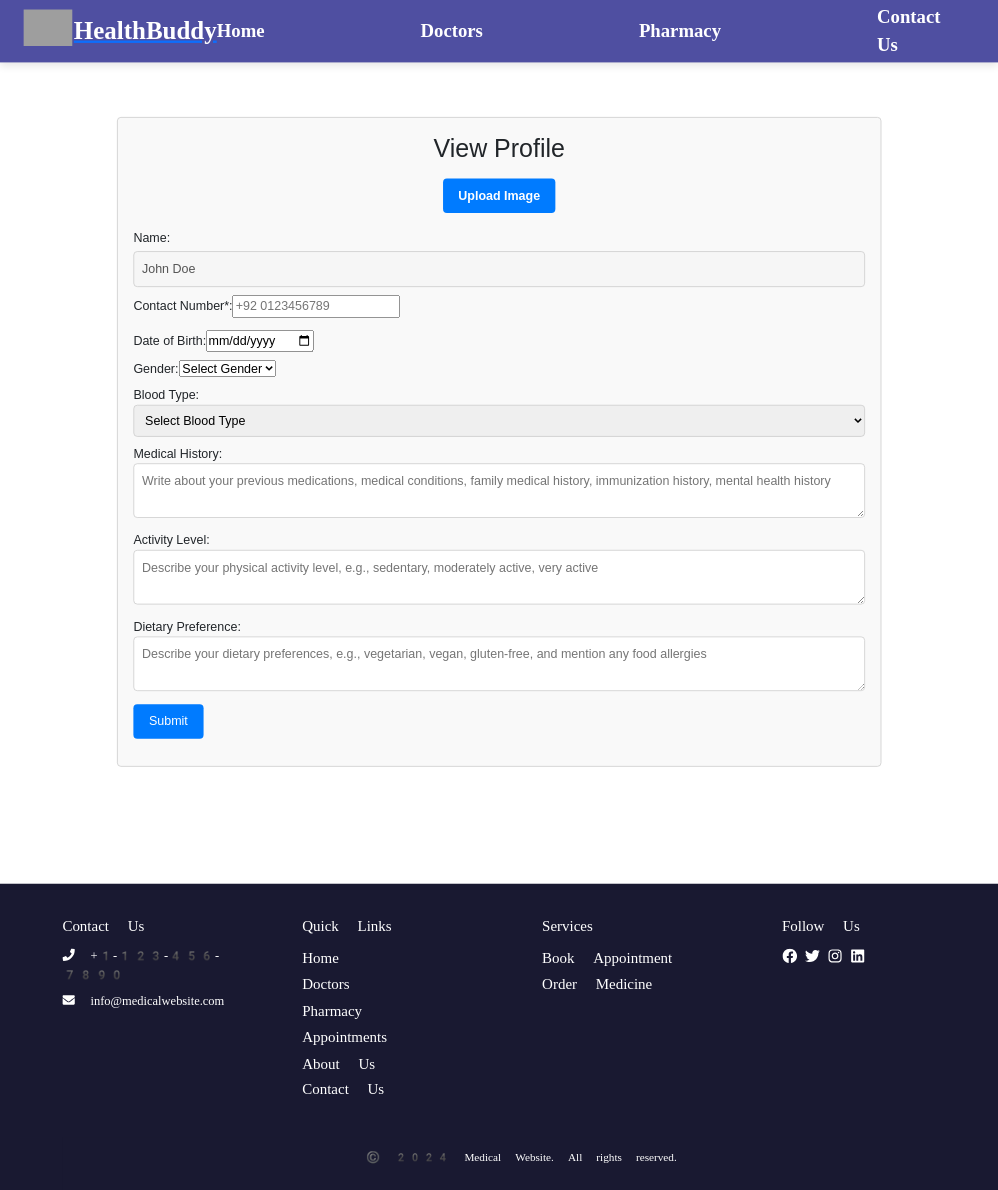
Repository: WajihaGul/MedicalApp-Frontend
Page: /view-patient-profile
These files come from the project's save history. The page is drawn as it stood at one moment and after the next save; the edit follows.
The browser window is 1280 px wide. The pictures show the whole page, at 78% of full size.
Pictures or frames that could not be fetched are drawn as grey boxes. The project was rebuilt for these pictures with package versions that can differ from the ones it lists, and the page was loaded fresh each time. Also part of the build but not shown: vite.config.js, src/index.css, src/App.css, src/Components/Accomplishments/Accomplishments.module.css, src/Components/Accomplishments/Accomplishments.jsx, src/Components/Experience/Experience.module.css, src/Components/Experience/Experience.jsx, src/Components/LandingPage/LandingPage.module.css and 47 more.

Above is the page before, as saved 2024-06-09 16:08:09.

### public/index.html
<!DOCTYPE html>
<html lang="en">
  <head>
    <meta charset="utf-8" />
    <link rel="icon" href="%PUBLIC_URL%/favicon.ico" />
    <meta name="viewport" content="width=device-width, initial-scale=1" />
    <meta name="theme-color" content="#000000" />
    <meta
      name="description"
      content="Web site created using create-react-app"
    />
    <link rel="apple-touch-icon" href="%PUBLIC_URL%/logo192.png" />

    <link rel="manifest" href="%PUBLIC_URL%/manifest.json" />

    <title>Health Buddy</title>

    <!-- Bootstrap CSS -->

    <link href="https://cdn.jsdelivr.net/npm/bootstrap@5.3.3/dist/css/bootstrap.min.css" rel="stylesheet">
  </head>
  <body>
    <noscript>You need to enable JavaScript to run this app.</noscript>
    <div id="root"></div>

  </body>
</html>

### src/Components/Layout/Layout.jsx
import React from "react";
import Navbar from "../NavigationBar/Navbar";
import Footer from "../Footer/Footer";

const Layout = ({ children }) => {
  return (
    <div>
      <Navbar />
      <main>{children}</main>
      <Footer />
    </div>
  );
};

export default Layout;

### src/Pages/ViewPatientProfile.jsx
import PatientProfile from "../Components/PatientProfile/PatientProfile";

const ViewPatientProfile = () => {
  return <PatientProfile />;
};
export default ViewPatientProfile;

### src/Components/NavigationBar/Navbar.jsx
import styles from "./Navbar.module.css";
import { useAuth0 } from "@auth0/auth0-react";
import { Link } from "react-router-dom";
import React, { useState, useEffect } from "react";
import { Modal, Button, Form } from "react-bootstrap";

const Navbar = () => {
  const { loginWithRedirect, isAuthenticated, logout } = useAuth0();
  const [isLoggedIn, setIsLoggedIn] = useState(false);
  const [showLoginModal, setShowLoginModal] = useState(false);
  const [showRegisterModal, setShowRegisterModal] = useState(false);
  const [email, setEmail] = useState("");
  const [password, setPassword] = useState("");
  const [confirmPassword, setConfirmPassword] = useState("");
  const [role, setRole] = useState("");

  const [storedEmail, setStoredEmail] = useState(
    localStorage.getItem("email") || ""
  );
  const [storedPassword, setStoredPassword] = useState(
    localStorage.getItem("password") || ""
  );

  useEffect(() => {
    if (storedEmail && storedPassword) {
      setIsLoggedIn(true);
    }
  }, [storedEmail, storedPassword]);

  const handleLogin = () => {
    setShowLoginModal(true);
  };

  const handleLogout = () => {
    setIsLoggedIn(false);
    localStorage.removeItem("email");
    localStorage.removeItem("password");
  };

  const handleLoginSubmit = () => {
    const hashedPassword = btoa(password); // Basic encoding, use a proper hashing method in production
    localStorage.setItem("email", email);
    localStorage.setItem("password", hashedPassword);
    setStoredEmail(email);
    setStoredPassword(hashedPassword);
    setIsLoggedIn(true);
    setShowLoginModal(false);
  };

  const handleRegisterSubmit = () => {
    const emailRegex = /^[^\s@]+@[^\s@]+\.[^\s@]+$/;
    if (!emailRegex.test(email)) {
      alert("Please enter a valid email address");
      return;
    }
    if (!role) {
      alert("Please select your role");
      return;
    }
    if (password !== confirmPassword) {
      alert("Passwords do not match");
      return;
    }

    if (password === confirmPassword) {
      const hashedPassword = btoa(password); // Basic encoding, use a proper hashing method in production
      localStorage.setItem("email", email);
      localStorage.setItem("password", hashedPassword);
      localStorage.setItem("role", role);
      setStoredEmail(email);
      setStoredPassword(hashedPassword);
      setIsLoggedIn(true);
      setShowRegisterModal(false);
      localStorage.setItem("email", email);
      localStorage.setItem("password", hashedPassword);
      localStorage.setItem("role", role);
      setStoredEmail(email);
      setStoredPassword(hashedPassword);
      setIsLoggedIn(true);
      setShowRegisterModal(false);
    } else {
      alert("Passwords do not match");
    }
  };

  return (
    <>
      <nav className={styles.container}>
        <div className={styles.logo}>
          <img
            className={styles.nav_img}
            src="https://cdn.icon-icons.com/icons2/1465/PNG/512/588hospital_100778.png"
            alt="logo"
          />
          <Link to="/" className={styles.nav_head_link}>
            <h1 className={styles.nav_head}>HealthBuddy</h1>
          </Link>
        </div>
        <div className={styles.navLinks}>
          <div className={styles.allnav}>
            <Link className={styles.navLinksColor} to="/">
              Home
            </Link>
            <Link className={styles.navLinksColor} to="/doctors">
              Doctors
            </Link>
            <Link className={styles.navLinksColor} to="/search-medicine">
              Pharmacy
            </Link>
            <Link className={styles.navLinksColor} to="/contact">
              Contact Us
            </Link>
          </div>
          <div id="navbarNav">
            <ul className="navbar-nav ml-auto">
              {isLoggedIn || isAuthenticated ? (
                <li>
                  <button
                    className={styles.customButton}
                    onClick={() => {
                      handleLogout();
                      logout({ returnTo: window.location.origin });
                    }}
                  >
                    Log Out
                  </button>
                </li>
              ) : (
                <>
                  <li>
                    <button
                      className={styles.customButton}
                      onClick={handleLogin}
                    >
                      Log In
                    </button>
                  </li>
                  <li>
                    <button className={styles.customButton}>
                      View Profile
                    </button>
                  </li>
                </>
              )}
            </ul>
          </div>
        </div>
      </nav>

      {/* Login Modal */}
      <Modal
        show={showLoginModal}
        onHide={() => setShowLoginModal(false)}
        dialogClassName="modal-dialog-centered"
        contentClassName="custom-modal-content"
      >
        <Modal.Header closeButton>
          <Modal.Title>Login</Modal.Title>
        </Modal.Header>
        <Modal.Body>
          <Form>
            <Form.Group>
              <Form.Label>Email</Form.Label>
              <Form.Control
                type="email"
                placeholder="Enter email"
                value={email}
                onChange={(e) => setEmail(e.target.value)}
              />
            </Form.Group>
            <Form.Group>
              <Form.Label>Password</Form.Label>
              <Form.Control
                type="password"
                placeholder="Password"
                value={password}
                onChange={(e) => setPassword(e.target.value)}
              />
            </Form.Group>
            <Button
              style={{ margin: "8px" }}
              variant="primary"
              onClick={handleLoginSubmit}
            >
              Login
            </Button>
            <Button
              variant="primary"
              onClick={() => loginWithRedirect()}
              style={{ margin: "8px" }}
            >
              Login With Google
            </Button>
            <h2 style={{ fontSize: "larger", paddingLeft: "8px" }}>
              Are you new here?
              <span
                style={{ color: "blue", cursor: "pointer" }}
                onClick={() => {
                  setShowLoginModal(false);
                  setShowRegisterModal(true);
                }}
              >
                {" "}
                Register Yourself Now
              </span>
            </h2>
          </Form>
        </Modal.Body>
      </Modal>

      {/* Registration Modal */}
      <Modal
        show={showRegisterModal}
        onHide={() => setShowRegisterModal(false)}
        dialogClassName="modal-dialog-centered"
        contentClassName="custom-modal-content"
      >
        <Modal.Header closeButton>
          <Modal.Title>Register</Modal.Title>
        </Modal.Header>
        <Modal.Body>
          <Form>
            <Form.Group>
              <Form.Label>Email</Form.Label>
              <Form.Control
                type="email"
                placeholder="Enter email"
                value={email}
                onChange={(e) => setEmail(e.target.value)}
              />
            </Form.Group>
            <br />
            <Form.Group>
              <Form.Label>Password</Form.Label>
              <Form.Control
                type="password"
                placeholder="Password"
                value={password}
                onChange={(e) => setPassword(e.target.value)}
              />
              <br />
            </Form.Group>
            <Form.Group>
              <Form.Label>Confirm Password</Form.Label>
              <Form.Control
                type="password"
                placeholder="Confirm Password"
                value={confirmPassword}
                onChange={(e) => setConfirmPassword(e.target.value)}
              />
            </Form.Group>
            <Form.Group>
              <br />
              <Form.Label>What are you?</Form.Label>
              <Form.Check
                type="radio"
                label="Doctor"
                name="role"
                value="Doctor"
                onChange={(e) => setRole(e.target.value)}
              />
              <Form.Check
                type="radio"
                label="Patient"
                name="role"
                value="Patient"
                onChange={(e) => setRole(e.target.value)}
              />
              <Form.Check
                type="radio"
                label="Pharmacy"
                name="role"
                value="Pharmacy"
                onChange={(e) => setRole(e.target.value)}
              />
            </Form.Group>
            <br />

            <Button
              style={{ margin: "8px" }}
              variant="primary"
              onClick={handleRegisterSubmit}
            >
              Register
            </Button>
          </Form>
        </Modal.Body>
      </Modal>
    </>
  );
};

export default Navbar;

### src/Components/Footer/Footer.jsx
import React from "react";
import styles from "./Footer.module.css";
import {
  FaPhone,
  FaEnvelope,
  FaFacebook,
  FaTwitter,
  FaInstagram,
  FaLinkedin,
} from "react-icons/fa";

const Footer = () => {
  return (
    <>
      <footer className={styles.footer}>
        <div className={styles.container}>
          <div className={styles.footer_grid}>
            <div className={styles.footer_item}>
              <h3>Contact Us</h3>
              <p>
                <FaPhone /> +1-123-456-7890
              </p>
              <p>
                <FaEnvelope /> info@medicalwebsite.com
              </p>
            </div>
            <div className={styles.footer_item}>
              <h3>Quick Links</h3>
              <ul>
                <li>
                  <a href="#home">Home</a>
                </li>
                <li>
                  <a href="#doctors">Doctors</a>
                </li>
                <li>
                  <a href="#pharmacy">Pharmacy</a>
                </li>
                <li>
                  <a href="#appointments">Appointments</a>
                </li>
                <li>
                  <a href="#about">About Us</a>
                </li>
                <li>
                  <a href="#contact">Contact Us</a>
                </li>
              </ul>
            </div>
            <div className={styles.footer_item}>
              <h3>Services</h3>
              <ul>
                <li>
                  <a href="#appointment">Book Appointment</a>
                </li>
                <li>
                  <a href="#pharmacy-order">Order Medicine</a>
                </li>
              </ul>
            </div>
            <div className={styles.footer_item}>
              <h3>Follow Us</h3>
              <ul className={styles.social_icons}>
                <li>
                  <a href="https://facebook.com">
                    <FaFacebook />
                  </a>
                </li>
                <li>
                  <a href="https://twitter.com">
                    <FaTwitter />
                  </a>
                </li>
                <li>
                  <a href="https://instagram.com">
                    <FaInstagram />
                  </a>
                </li>
                <li>
                  <a href="https://linkedin.com">
                    <FaLinkedin />
                  </a>
                </li>
              </ul>
            </div>
          </div>
        </div>
        <div className={styles.footer_bottom}>
          <div className={styles.container}>
            <p>
              &copy; {new Date().getFullYear()} Medical Website. All rights
              reserved.
            </p>
          </div>
        </div>
      </footer>
    </>
  );
};

export default Footer;

### src/Components/NavigationBar/Navbar.module.css
nav {
  position: fixed;
  top: 0;
  left: 0;
  width: 100%;
  display: flex;
  justify-content: space-between;
  align-items: center;
  height: 80px;
  padding: 0 30px;
  background-color: #4f4fa1;
  box-shadow: 0px 4px 10px rgba(0, 0, 0, 0.1);
  z-index: 10;
}

.allnav {
display: flex;
align-items: center;
gap: 200px;
margin-right: 190px;
}

.navLinks {
display: flex;
gap: 53px;
list-style-type: none;
margin: 0;
padding: 0;
font-size: x-large;
box-sizing: border-box;
font-family: cursive;
font-weight: 800;
text-decoration: none !important;
}
.navLinksColor {
color: white;
}
.navLinks a{
text-decoration: none !important;
}
.navbar-item {
position: relative;
}


.navbar-item a {
text-decoration: none !important;
color: #fff;
font-weight: bold;
padding: 15px 20px;
border-radius: 10px;
transition: background-color 0.3s ease;
}


.navbar-item a:hover {
background-color: rgba(255, 255, 255, 0.2); /* Semi-transparent background on hover */
}

.customButton {
background-color: #f0f1ff;
  border: none;
  font-family: cursive;
  color: #2259b1;
  padding: 0px 32px;
  text-align: center;
  text-decoration: none;
  display: inline-block;
  margin: 4px 2px;
  cursor: pointer;
  border-radius: 4px;
  transition-duration: 0.4s;
  font-size: x-large;
  height: 54px;
  font-weight: 700;
}

.btn-primary.btn-lg:hover {
transform: scale(1.05); /* Scale button on hover */
}
.loginButton {
  margin-right: 10px; /* Adjust spacing between buttons */
}

.viewProfileButton {
  /* Add any additional styles for the view profile button */
}


.logo {
display: flex;
align-items: center;
}

.nav_img {
height: 47px;
margin-right: 20px;
margin-top: -9px;
margin-right: 14px;
}

.nav_head {
font-size: 2.5rem;
margin-left: -12px;
color:#ffffff;
font-family: cursive;
margin-bottom: 1px;
font-weight: 800;
font-size: xx-large;
}
/* Navbar.module.css */
.custom-modal-content {
height: 500px; /* Increase the height as needed */
}

/* Center the modal vertically */
.modal-dialog-centered {
display: flex;
align-items: center;
min-height: calc(100% - 1rem);
}

### src/Components/Footer/Footer.module.css
.footer {
  background-color: #191931;
    padding-top: 43px;
    padding-left: 25px;
    font-family: emoji;
    color: white;
    display: flex;
    flex-direction: column;
    justify-content: space-between;
    height: 100%;
    padding-left: 80px;
    font-size: larger;
}

.footer .container {
  justify-content: space-between;
  color: white;
}

.footer_grid {
  color: white;
  display: grid;
  grid-template-columns: repeat(4, 1fr);
  grid-gap: 30px;
}

.footer_item {
  color: white;
  margin-bottom: 30px;
}

.footer_item h3 {
  color: white;
  font-size: 1.2rem;
  margin-bottom: 15px;
  color: white;
}

.footer_item p {
  color: white;
  font-size: 1rem;
  margin-bottom: 10px;
}

.footer_item ul {
  color: white;
  list-style-type: none;
  padding: 0;
}

.footer_item ul li {
  margin-bottom: 5px;
  color: white;
}

.footer_item ul li a {
  color: #333;
  text-decoration: none;
  color: white;
}

.footer_item ul li a:hover {
  color: #007bff;
}

.social_icons {
  display: flex;
  padding: 0;
  color: white;
}

.social_icons li {
  margin-right: 10px;
  color: white;
}

.social_icons li:last-child {
  margin-right: 0;
  color: white;
}

.social_icons a {
  color: white;
  font-size: 1.2rem;
  text-decoration: none;
}

.social_icons a:hover {
  color: #007bff;
}

.footer_bottom {
  background-color:  #191931;
  padding: 15px 0;
  color: white;
  text-align: center;
}

.footer_bottom p {
  margin-left: -23px;
  font-size: 0.9rem;
  color: white;
}

### src/Components/PatientProfile/PatientProfile.module.css
/* PatientProfile.module.css */
.view_profile_container {
  margin: 150px;
  background-color: #f9f9f9;
  border: 1px solid #ccc;
  border-radius: 5px;
  font-family: Arial, sans-serif;
  padding: 20px;
}

.view_profile_container h2 {
  text-align: center;
  margin-bottom: 20px;
}

.profile_image_container {
  text-align: center;
  margin-bottom: 20px;
}

.upload_label {
  display: inline-block;
  cursor: pointer;
  padding: 10px 20px;
  background-color: #007bff;
  color: #fff;
  border-radius: 5px;
}

.upload_input {
  display: none;
}

.upload_text {
  font-weight: bold;
}

.form_group {
  margin-bottom: 15px;
}

.form_row {
  margin-bottom: 10px;
}

.profileLabel {
  display: block;
  margin-bottom: 5px;
}

.input_field,
.select_field,
.textarea_field {
  width: 100%;
  padding: 10px;
  border: 1px solid #ccc;
  border-radius: 5px;
  font-size: 16px;
}

.checkbox_label {
  margin-left: 5px;
}

.submit_btn {
  background-color: #007bff;
  color: #fff;
  padding: 10px 20px;
  border: none;
  border-radius: 5px;
  font-size: 16px;
  cursor: pointer;
}

.submit_btn:hover {
  background-color: #0056b3;
}

.input_field,
.select_field,
.textarea_field {
  width: 100%;
  padding: 10px;
  border: 1px solid #ccc;
  border-radius: 5px;
  font-size: 16px;
}

Loaded but not shown: src/App.js (71 lines, source omitted); src/index.js (19 lines, source omitted); src/Components/PatientProfile/PatientProfile.jsx (342 lines, source omitted)

After the next save:
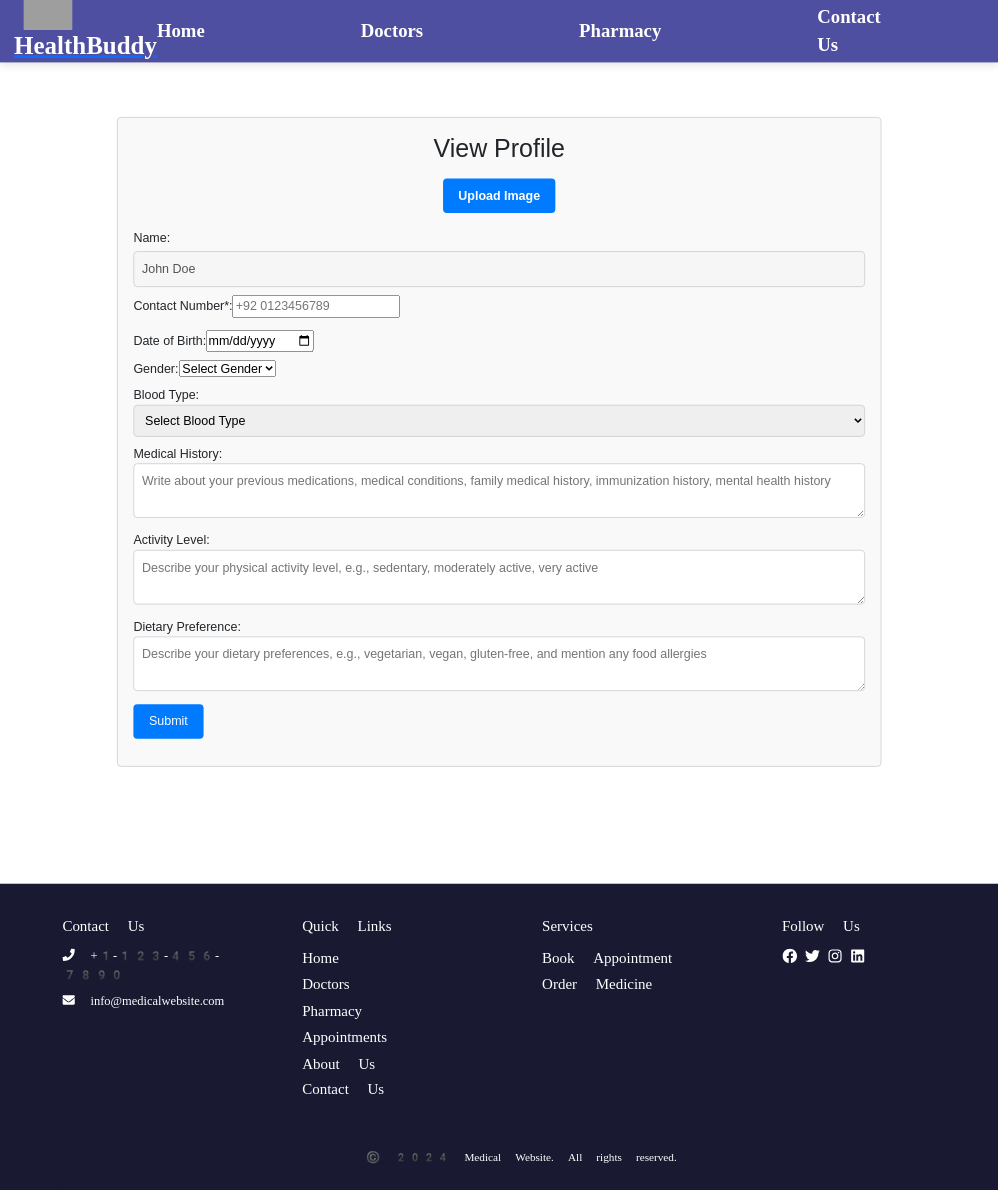
Saved 6 s later.
--- a/src/Components/NavigationBar/Navbar.module.css
+++ b/src/Components/NavigationBar/Navbar.module.css
@@ -82,9 +82,9 @@
   margin-right: 10px; /* Adjust spacing between buttons */
 }
 
-.viewProfileButton {
+/* .viewProfileButton {
   /* Add any additional styles for the view profile button */
-}
+} */
 
 
 .logo {

After the 2 saves that followed:
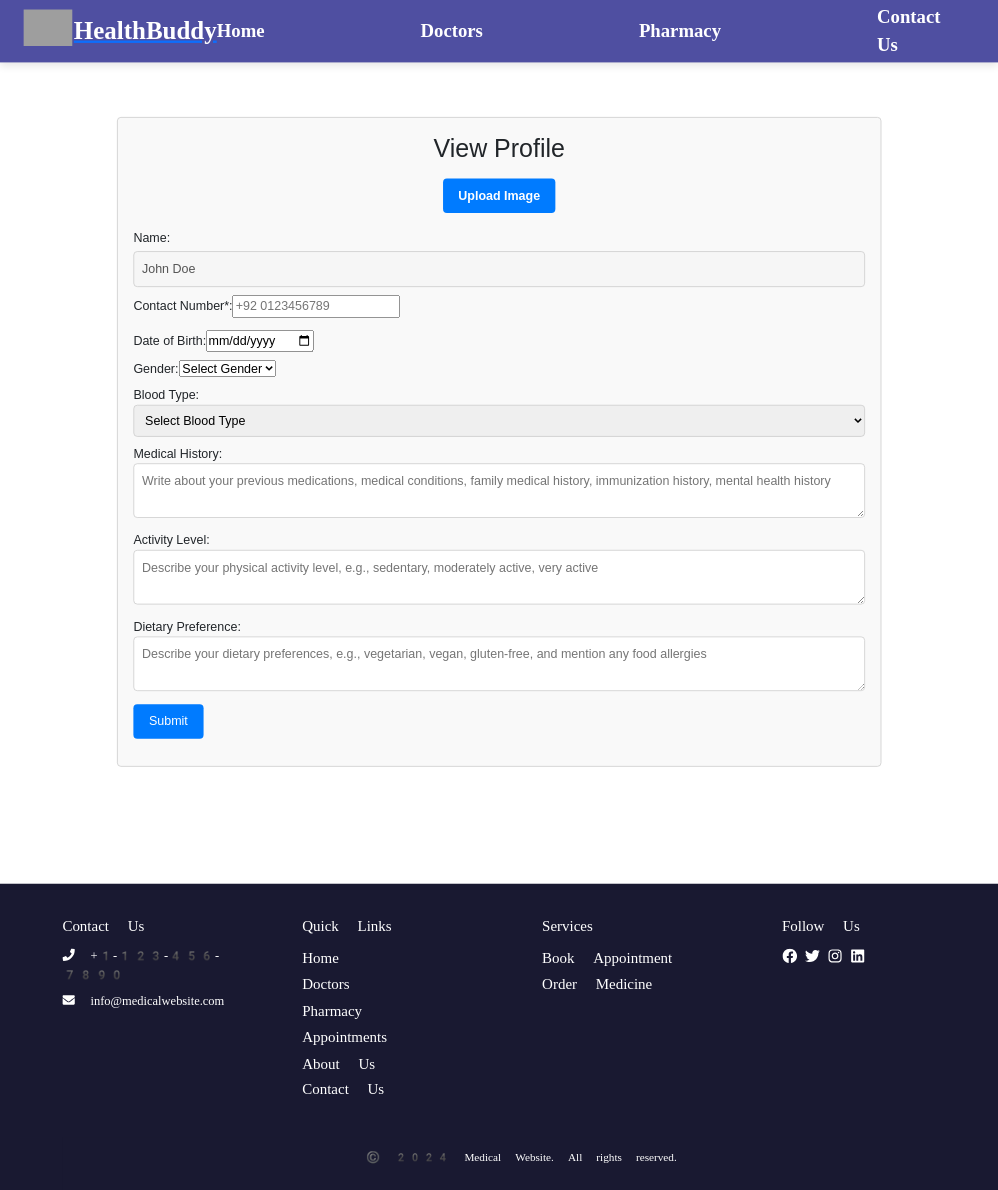
The 2 saves are shown as one change because 1 left the picture as it was.
The last was saved 53 s later.
--- a/src/Components/NavigationBar/Navbar.module.css
+++ b/src/Components/NavigationBar/Navbar.module.css
@@ -82,11 +82,6 @@
   margin-right: 10px; /* Adjust spacing between buttons */
 }
 
-/* .viewProfileButton {
-  /* Add any additional styles for the view profile button */
-} */
-
-
 .logo {
 display: flex;
 align-items: center;
